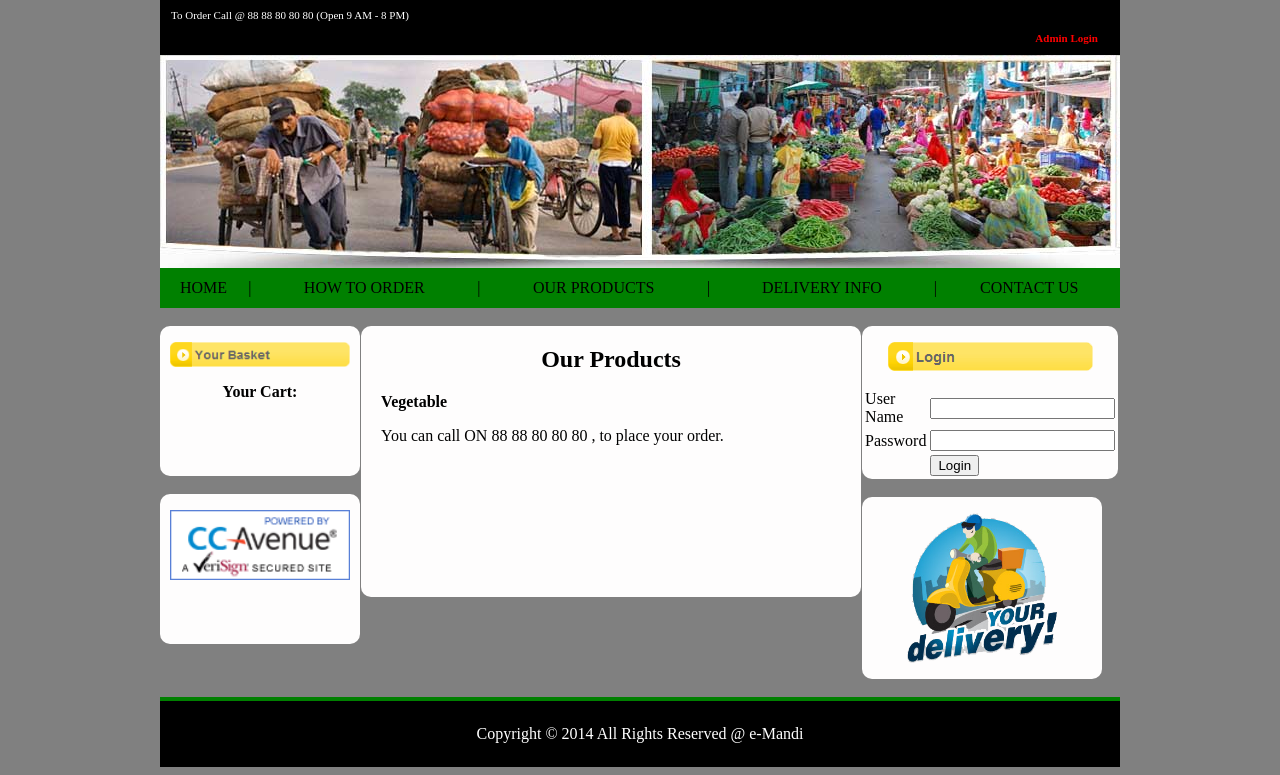
Repository: aashi12/e_mandi
Page: http://localhost/e_mandi/ourProducts.jsp
The author's editor kept a copy of each file at every save. The page is drawn from the files as they stood at one save, then again after the next save.
The browser window is 1280 px wide. The pictures show the whole page.
The page is served by Tomcat 9. Other server files are loaded and not shown.

Above is the page before, as saved 2014-04-18 12:22:37.

### e_mandi/WebContent/ourProducts.jsp
<%@ page language="java" contentType="text/html; charset=ISO-8859-1"
    pageEncoding="ISO-8859-1"%>
<!DOCTYPE html PUBLIC "-//W3C//DTD HTML 4.01 Transitional//EN" "http://www.w3.org/TR/html4/loose.dtd">
<html>
<head>
<meta http-equiv="Content-Type" content="text/html; charset=ISO-8859-1">
<title>Online e-Mandi</title>
<link rel="stylesheet" href="style.css" />
</head>
<body bgcolor="gray">
<div id="container">
<div id="main">
<table border="0" width="960" height="270" cellspacing="0" cellpadding="0">
<tr>
<td height="25" bgcolor="black" class="order"><p> &nbsp;&nbsp;&nbsp;&nbsp;To Order Call @ 88 88 80 80 80 (Open 9 AM - 8 PM)</p>
<p align="right" class="admin"><b><a href="admin.jsp">Admin Login</a> &nbsp; &nbsp; &nbsp; &nbsp;</b></p>
</td>
</tr>
<tr>
<td class="bann">
<!--  banner -->
</td>
</tr>
</table>
<table border="0" width="960" height="40" cellspacing="0" cellpadding="0">
<tr bgcolor="green">
<td align="center" class="tab"><a href="index.jsp">HOME</a></td>
<td align="center" class="tab">|</td>
<td align="center" class="tab"><a href="howToOrder.jsp">HOW TO ORDER</a></td>
<td align="center" class="tab">|</td>
<td align="center" class="tab"><a href="ourProducts.jsp">OUR PRODUCTS</a></td>
<td align="center" class="tab">|</td>
<td align="center" class="tab"><a href="deliveryInfo.jsp">DELIVERY INFO</a></td>
<td align="center" class="tab">|</td>
<td align="center" class="tab"><a href="contactUs.jsp">CONTACT US</a></td>
</tr>
</table>
<br/>
<table border="0" width="960" height="auto" cellspacing="0" cellpadding="0">
<tr>
<td width="200" valign="top">
<table class="basket" width="200" height="150" cellspacing="0" cellpadding="0" bgcolor="#fefdfd">
<tr>
<td align="center" valign="top">
<p><img src="images/basket.png" width="180"/></p>
<p class="bask"><b>Your Cart:</b></p>
</td>
</tr>
</table>
&nbsp;
<table class="basket" width="200" height="150" cellspacing="0" cellpadding="0" bgcolor="#fefdfd">
<tr>
<td align="center" valign="top">
<p><img src="images/ccav.gif" width="180"/></p>
</td>
</tr>
</table>
</td>
<td width="560" align="center" valign="top">
<table class="basket" border="0" width="500" height="150" cellspacing="0" cellpadding="0" bgcolor="#fefdfd">
<tr>
<td  valign="top">
<h2 align="center">Our Products</h2>
<div id="con1">
<p><b>Vegetable</b></p>
<p></p>
<p>You can call ON    88 88 80 80 80 , to place your order.</p>

<p>&nbsp;</p>
<p>&nbsp;</p>
<p>&nbsp;</p>
<p>&nbsp;</p>
</div>
</td>
</tr>
</table>

</td>
<td width="300" valign="top">
<table border="0" class="basket" width="200" height="150" cellspacing="0" cellpadding="0" bgcolor="#fefdfd">
<tr>
<td align="center">
<p><img src="images/login.png" /></p>
<table width="240">
<tr>
<td>User Name</td>
<td><input type="text" name="uname"></td>
</tr>
<tr>
<td>Password</td>
<td><input type="password" name="pass"></td>
</tr>
<tr>
<td></td>
<td><input type="submit" value="Login"></td>
</tr>
</table>
</td>
</tr>
</table>
&nbsp;
<table border="0" class="basket" width="240" height="150" cellspacing="0" cellpadding="0" bgcolor="#fefdfd">
<tr>
<td align="center">
<p><img src="images/free.png" width="150" height="150" /></p>
</td>
</tr>
</table>
</td>
</tr>
</table>
&nbsp;
<table border="0" width="960" height="70" cellspacing="0" cellpadding="0">
<tr>
<td height="4" bgcolor="green"></td>
</tr>
<tr>
<td height="65" bgcolor="black" align="center" class="foot">
<p>Copyright &copy; 2014 All Rights Reserved @ e-Mandi</p>
</td>
</tr>
</table>
</div>
</div>
</body>
</html>

### e_mandi/WebContent/style.css
#container{margin-top:-10px;}
#main{margin: 0px auto;width:960px;}
.tab{color:#000;text-decoration:none;}
.tab a{color:#000;text-decoration:none;}
.tab a:hover{color:#fff;text-decoration:none;}
.tab12{color:#fff;text-decoration:none;}
.tab12 a{color:#fff;text-decoration:none;}
.tab12 a:hover{color:red;text-decoration:none;}
.bann{background-image: url(images/header.jpg);}
.order{color:#fff; font-size:11px;}
.free{padding-left:400px;}
.logo{padding-bottom:50px;}
.basket{border-radius:10px;}
.foot{color:#fff;}
.cat{color:#000;text-decoration:none;}
.cat a{color:red;text-decoration:none;}
.cat a:hover{color:green;text-decoration:none;}
.admin{color:red;text-decoration:none; }
.admin a{color:red; text-decoration:none;}
.admin a:hover{color:#fff;text-decoration:none; }
#con1{padding-left:20px;padding-right:20px;}
img{border:none;}
a{text-decoration:none;}
.log a{text-decoration:none;}
.section a{color:green;text-decoration:none;}
.section a:hover{color:red;text-decoration:none;}
.quick{color:green;text-decoration:underline;}
#login
{
	text-align:center;

}

After the next save:
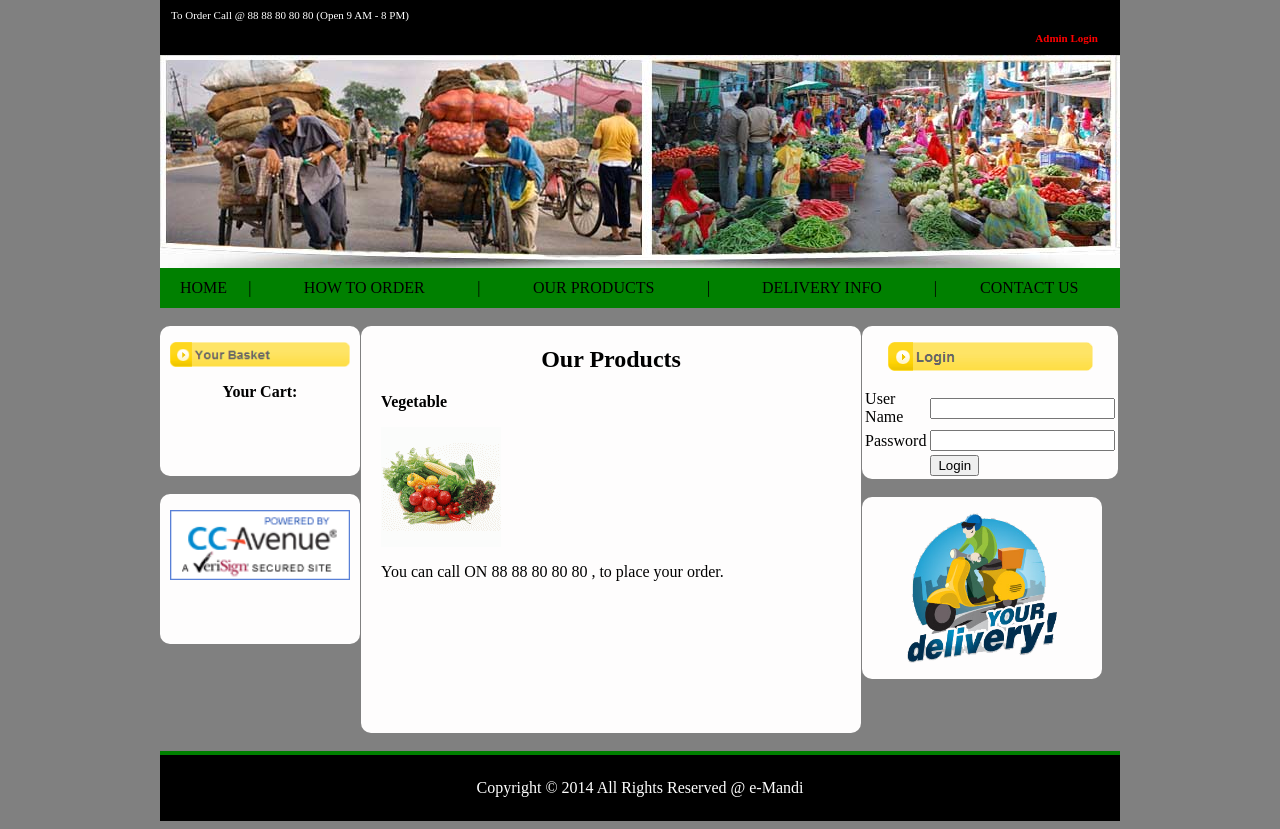
Saved 42 s later.
--- a/e_mandi/WebContent/ourProducts.jsp
+++ b/e_mandi/WebContent/ourProducts.jsp
@@ -63,7 +63,7 @@
 <h2 align="center">Our Products</h2>
 <div id="con1">
 <p><b>Vegetable</b></p>
-<p></p>
+<p><img alt="Veg" src="images/Vegetables.gif"></p>
 <p>You can call ON    88 88 80 80 80 , to place your order.</p>
 
 <p>&nbsp;</p>
